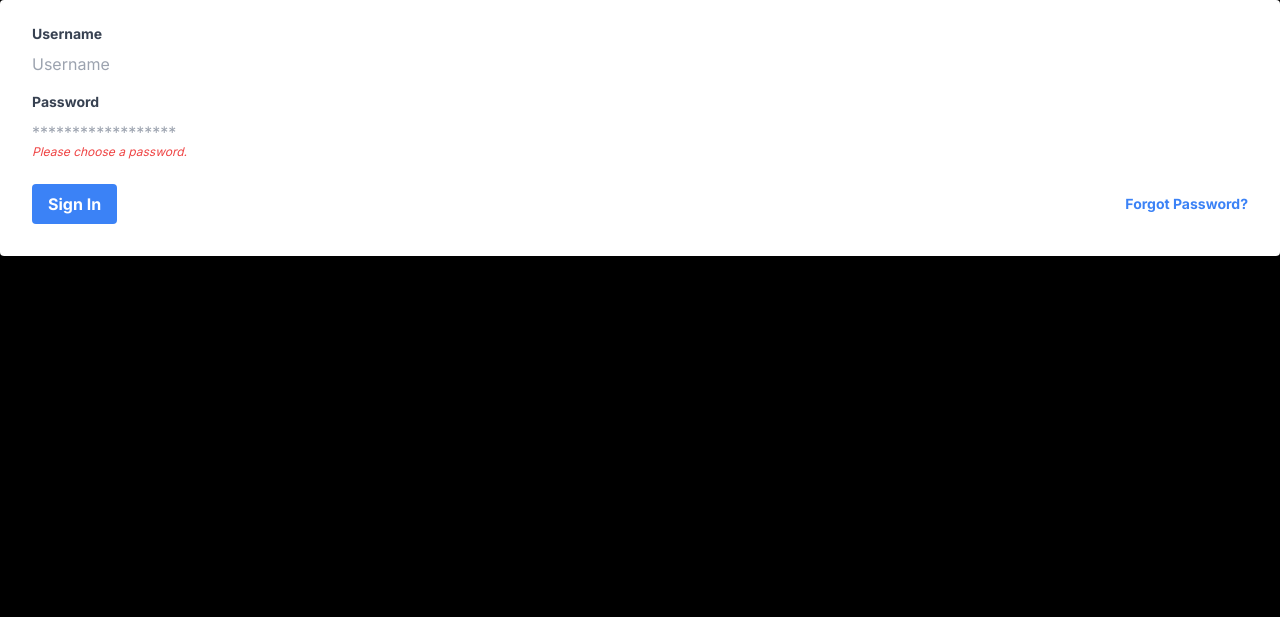
Repository: uh-sman/tiktok-card
Page: /
The author's editor kept a copy of each file at every save. The page is drawn from the files as they stood at one save, then again after the next save.
The browser window is 1280 px wide. The pictures show the whole page.
The project was rebuilt for these pictures with package versions that can differ from the ones it lists, and the page was loaded fresh each time. The framework's server and built-in components were replaced by stand-ins that run in the browser. Also part of the build but not shown: next.config.js.

Above is the page before, as saved 2023-12-19 12:03:56.

After the next save:
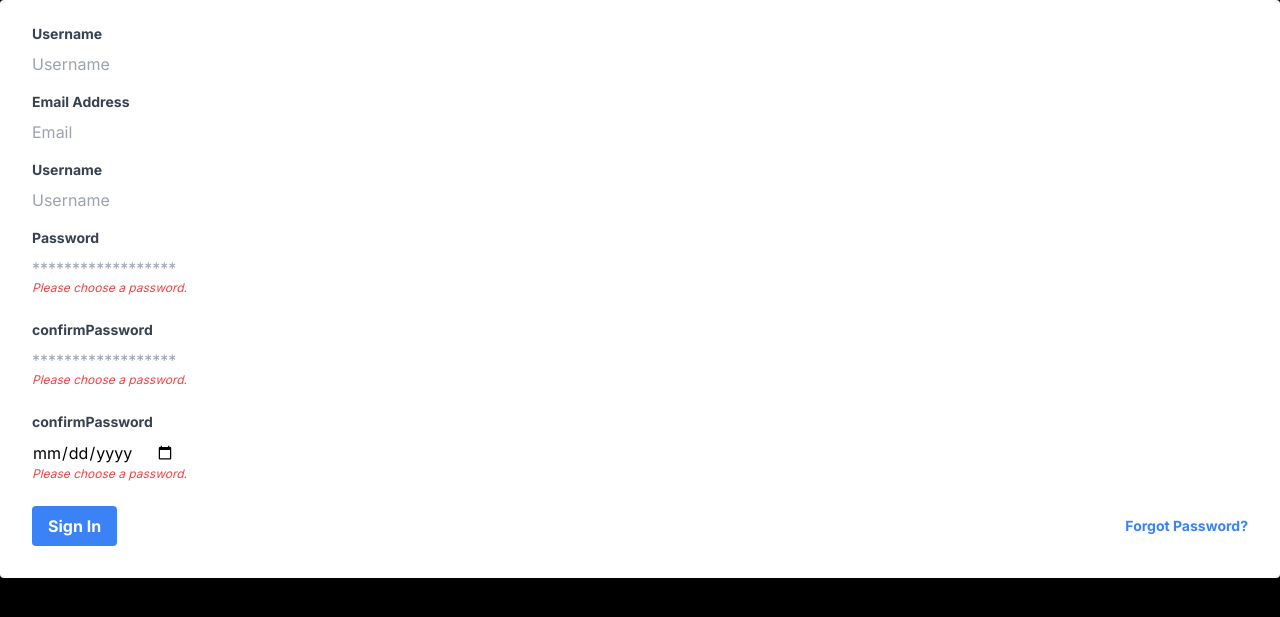
Saved 3 min 38 s later.
--- a/app/page.tsx
+++ b/app/page.tsx
@@ -30,11 +30,37 @@ export default function Home() {
       </label>
       <Input onChange={() => {}} className="shadow appearance-none border rounded w-full py-2 px-3 text-gray-700 leading-tight focus:outline-none focus:shadow-outline" id="username" type="text" placeholder="Username" />
     </div>
+    <div className="mb-4">
+      <label className="block text-gray-700 text-sm font-bold mb-2" htmlFor="username">
+        Email Address
+      </label>
+      <Input onChange={() => {}} className="shadow appearance-none border rounded w-full py-2 px-3 text-gray-700 leading-tight focus:outline-none focus:shadow-outline" id="email" type="email" placeholder="Email" />
+    </div>
+    <div className="mb-4">
+      <label className="block text-gray-700 text-sm font-bold mb-2" htmlFor="username">
+        Username
+      </label>
+      <Input onChange={() => {}} className="shadow appearance-none border rounded w-full py-2 px-3 text-gray-700 leading-tight focus:outline-none focus:shadow-outline" id="username" type="text" placeholder="Username" />
+    </div>
     <div className="mb-6">
       <label className="block text-gray-700 text-sm font-bold mb-2" htmlFor="password">
         Password
       </label>
       <Input onChange={() => {}} className="shadow appearance-none border border-red-500 rounded w-full py-2 px-3 text-gray-700 mb-3 leading-tight focus:outline-none focus:shadow-outline" id="password" type="password" placeholder="******************" />
+      <p className="text-red-500 text-xs italic">Please choose a password.</p>
+    </div>
+    <div className="mb-6">
+      <label className="block text-gray-700 text-sm font-bold mb-2" htmlFor="password">
+        confirmPassword
+      </label>
+      <Input onChange={() => {}} className="shadow appearance-none border border-red-500 rounded w-full py-2 px-3 text-gray-700 mb-3 leading-tight focus:outline-none focus:shadow-outline" id="confirmPassword" type="password" placeholder="******************" />
+      <p className="text-red-500 text-xs italic">Please choose a password.</p>
+    </div>
+    <div className="mb-6">
+      <label className="block text-gray-700 text-sm font-bold mb-2" htmlFor="password">
+        confirmPassword
+      </label>
+      <Input onChange={() => {}} className="shadow appearance-none border border-red-500 rounded w-full py-2 px-3 text-gray-700 mb-3 leading-tight focus:outline-none focus:shadow-outline" id="DateOfBirth" type="date" placeholder="DOB" />
       <p className="text-red-500 text-xs italic">Please choose a password.</p>
     </div>
     <div className="flex items-center justify-between">
